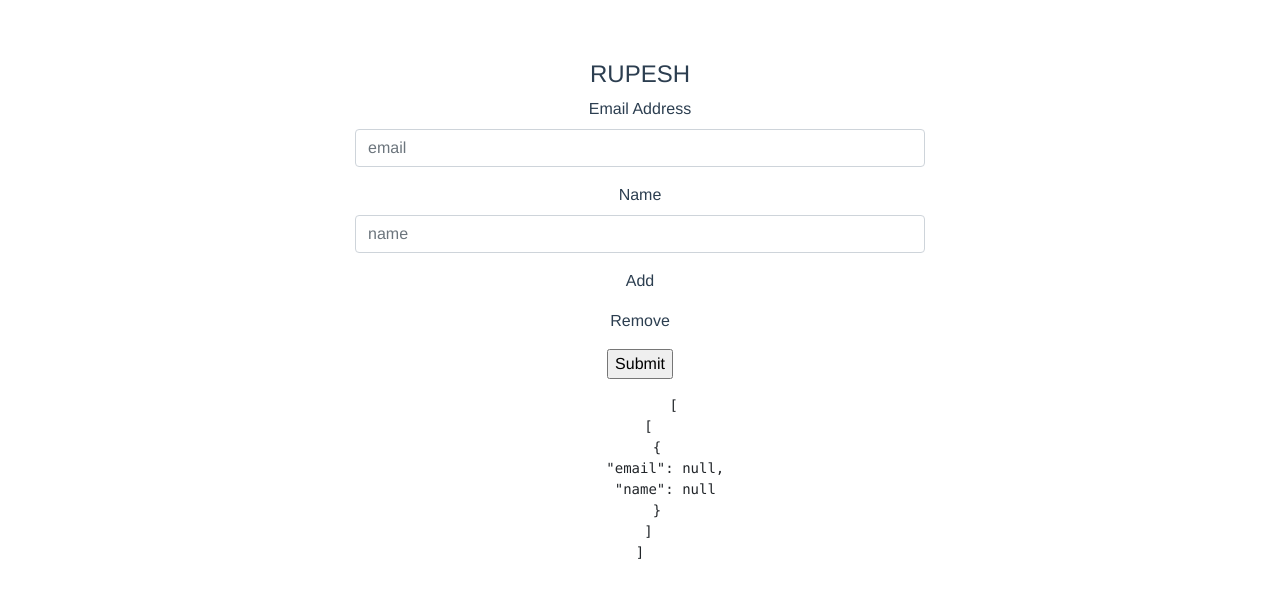
Repository: rupeshpawar93/vue-profile
Page: /company-form
These files come from the project's save history. The page is drawn as it stood at one moment and after the next save; the edit follows.
The browser window is 1280 px wide. The pictures show the whole page.
The project was rebuilt for these pictures with package versions that can differ from the ones it lists, and the page was loaded fresh each time. Also part of the build but not shown: webpack.config.js, src/components/Portfolio.vue, src/components/PortfolioDetail.vue, src/components/Mycart.vue.

Above is the page before, as saved 2019-11-06 15:47:34.

After the next save:
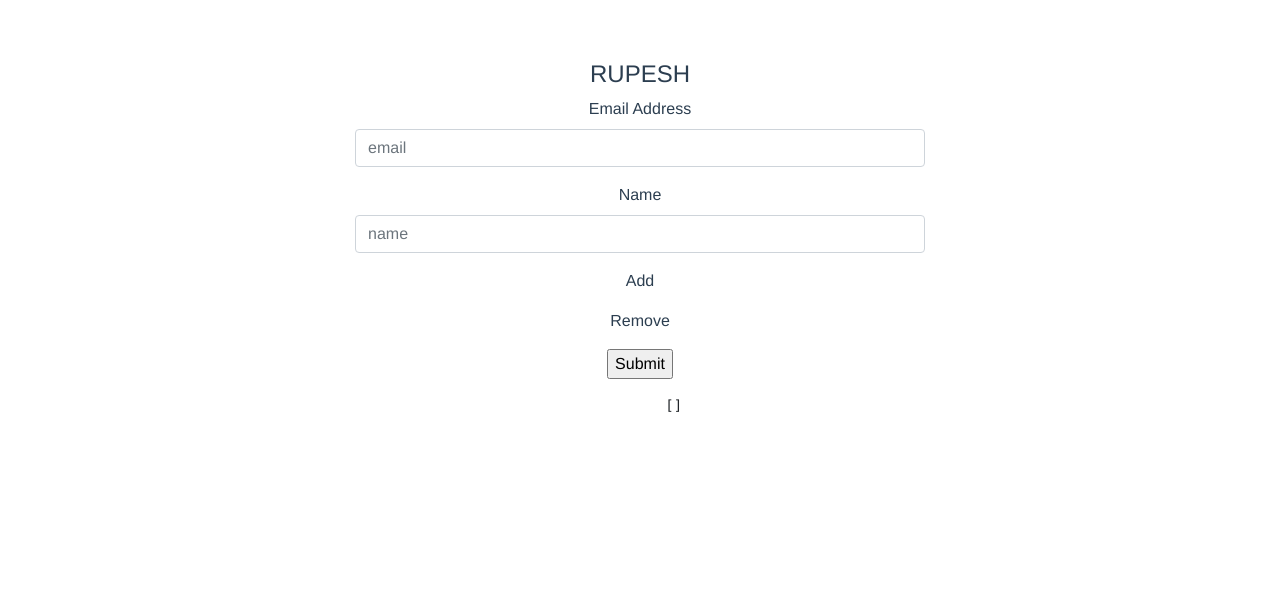
Saved 7 s later.
--- a/src/components/Company.vue
+++ b/src/components/Company.vue
@@ -23,7 +23,7 @@
         </form>
         <p>
             <pre>
-            {{items}}
+            {{data}}
             </pre>
         </p>
     </div>
